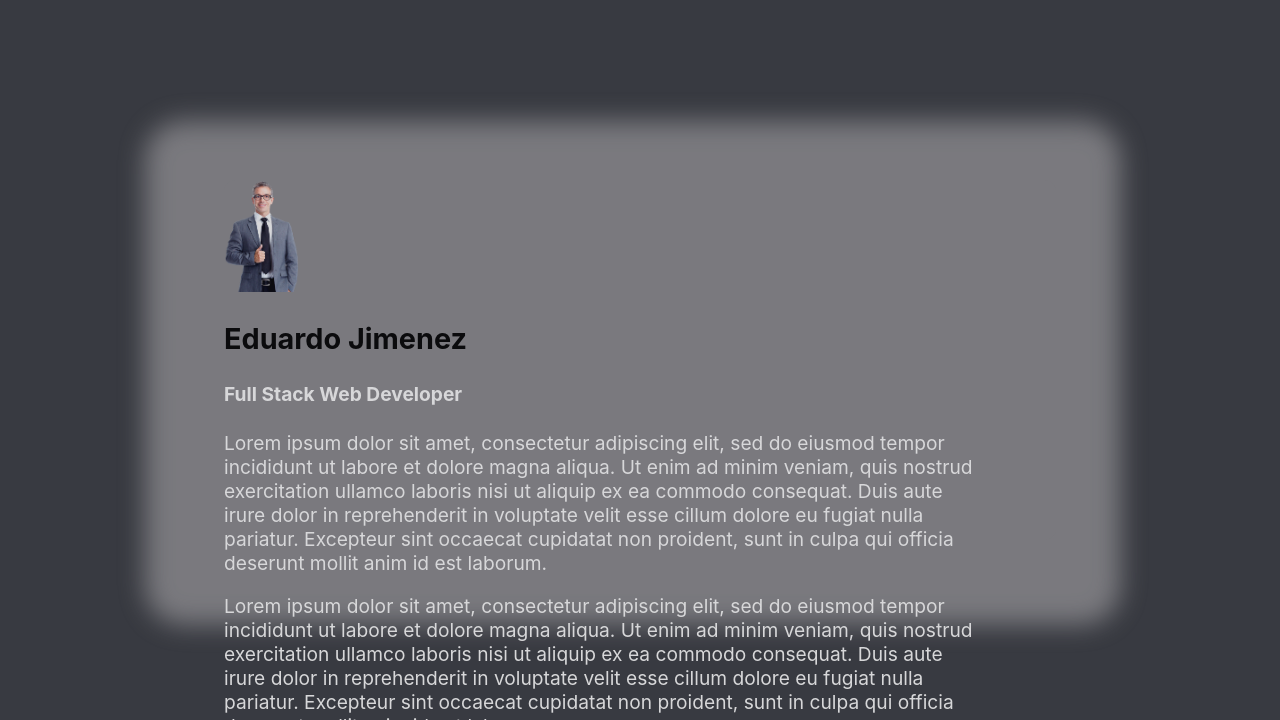
Repository: l8nightswithJS/react-my-portfolio
Page: /
These files come from the project's save history. The page is drawn as it stood at one moment and after the next save; the edit follows.
The browser window is 1280 px wide. The pictures show the whole page.
The project was rebuilt for these pictures with package versions that can differ from the ones it lists, and the page was loaded fresh each time.

Above is the page before, as saved 2021-04-29 13:15:51.

### src/App.js
import SplashPage from './pages/splashPage';

function App() {
  return (
    <SplashPage />
  );
}

export default App;

### src/pages/splashPage.js
import '../App.css';
import img from "../images/businessman.png"

function SplashPage() {
    return (
        <div className="App">
            <header className="App-header">
                <section>
                    <div>
                        <img src={img} alt="buisness man img"/>
                        <h1>Eduardo Jimenez</h1>
                        <h4>Full Stack Web Developer</h4>
                        <p>Lorem ipsum dolor sit amet, consectetur adipiscing elit, sed do eiusmod tempor incididunt ut labore et dolore magna aliqua. Ut enim ad minim veniam, quis nostrud exercitation ullamco laboris nisi ut aliquip ex ea commodo consequat. Duis aute irure dolor in reprehenderit in voluptate velit esse cillum dolore eu fugiat nulla pariatur. Excepteur sint occaecat cupidatat non proident, sunt in culpa qui officia deserunt mollit anim id est laborum.</p>

                        <p>Lorem ipsum dolor sit amet, consectetur adipiscing elit, sed do eiusmod tempor incididunt ut labore et dolore magna aliqua. Ut enim ad minim veniam, quis nostrud exercitation ullamco laboris nisi ut aliquip ex ea commodo consequat. Duis aute irure dolor in reprehenderit in voluptate velit esse cillum dolore eu fugiat nulla pariatur. Excepteur sint occaecat cupidatat non proident, sunt in culpa qui officia deserunt mollit anim id est laborum.</p>

                    </div>
                </section>
            </header>
        </div>
    );
}

export default SplashPage;

### src/App.css
.App {
  height: 100vh;
  width: 100%;
  background-color: rgb(56, 58, 65);
}

section {
  position: fixed;
  top: 0;
  bottom: 0;
  left: 0;
  right: 0;
  background-color: rgb(139, 138, 142);
  height: 50vh;
  width: 65vw;
  margin: auto;
  font-size: 1.2em;
  color: white;
  box-shadow: -1vh 1vw 2vw 10vh rgb(139, 138, 142);
  opacity: .8;
  border-radius: 1.5vh;
}

section div {
  max-width: 90%;
  max-height: 90%;
}

section div h1 {
  color: black;
}

section div img {
  width: 10%;
  height: 12%;
}

Loaded but not shown: public/index.html (common file); src/index.js (common file); src/index.css (common file); src/reportWebVitals.js (common file)

After the next save:
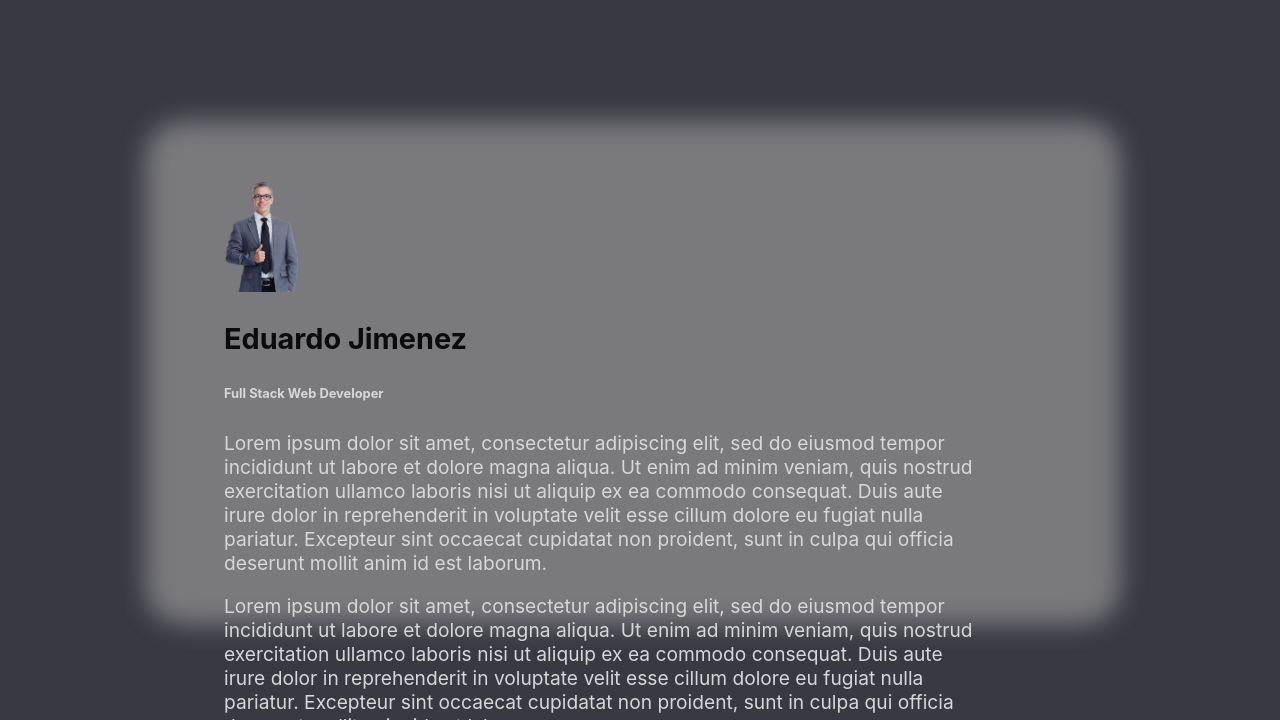
Saved 19 s later.
--- a/src/pages/splashPage.js
+++ b/src/pages/splashPage.js
@@ -9,7 +9,7 @@ function SplashPage() {
                     <div>
                         <img src={img} alt="buisness man img"/>
                         <h1>Eduardo Jimenez</h1>
-                        <h4>Full Stack Web Developer</h4>
+                        <h6>Full Stack Web Developer</h6>
                         <p>Lorem ipsum dolor sit amet, consectetur adipiscing elit, sed do eiusmod tempor incididunt ut labore et dolore magna aliqua. Ut enim ad minim veniam, quis nostrud exercitation ullamco laboris nisi ut aliquip ex ea commodo consequat. Duis aute irure dolor in reprehenderit in voluptate velit esse cillum dolore eu fugiat nulla pariatur. Excepteur sint occaecat cupidatat non proident, sunt in culpa qui officia deserunt mollit anim id est laborum.</p>
 
                         <p>Lorem ipsum dolor sit amet, consectetur adipiscing elit, sed do eiusmod tempor incididunt ut labore et dolore magna aliqua. Ut enim ad minim veniam, quis nostrud exercitation ullamco laboris nisi ut aliquip ex ea commodo consequat. Duis aute irure dolor in reprehenderit in voluptate velit esse cillum dolore eu fugiat nulla pariatur. Excepteur sint occaecat cupidatat non proident, sunt in culpa qui officia deserunt mollit anim id est laborum.</p>
